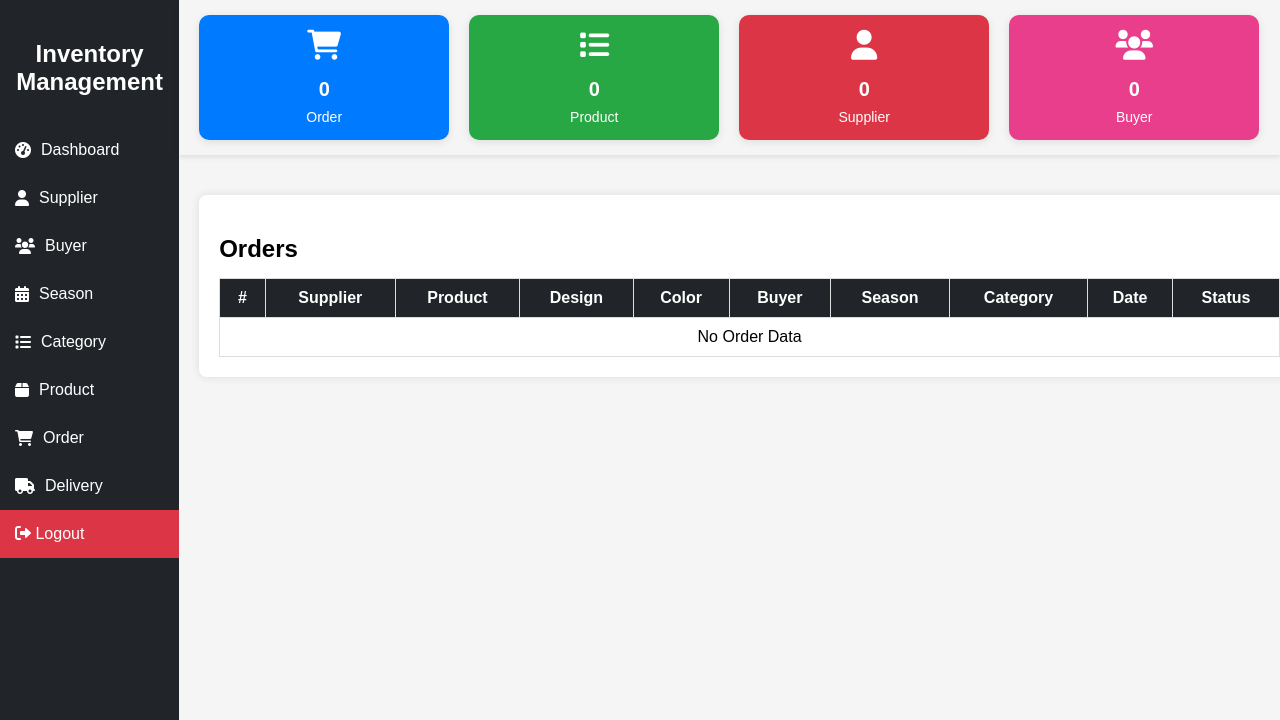
Repository: Fail2/Inventory_Management
Page: http://localhost/accounts/admin-dashboard/
These files come from the project's save history. The page is drawn as it stood at one moment and after the next save; the edit follows.
The browser window is 1280 px wide. The pictures show the whole page.
The page is served by the project's application, run on Django 5.2 (inventory_management/manage.py). A made-up administrator, testuser (Test User, test@example.com), is signed in.

Above is the page before, as saved 2025-05-03 13:00:10.

After the next save:
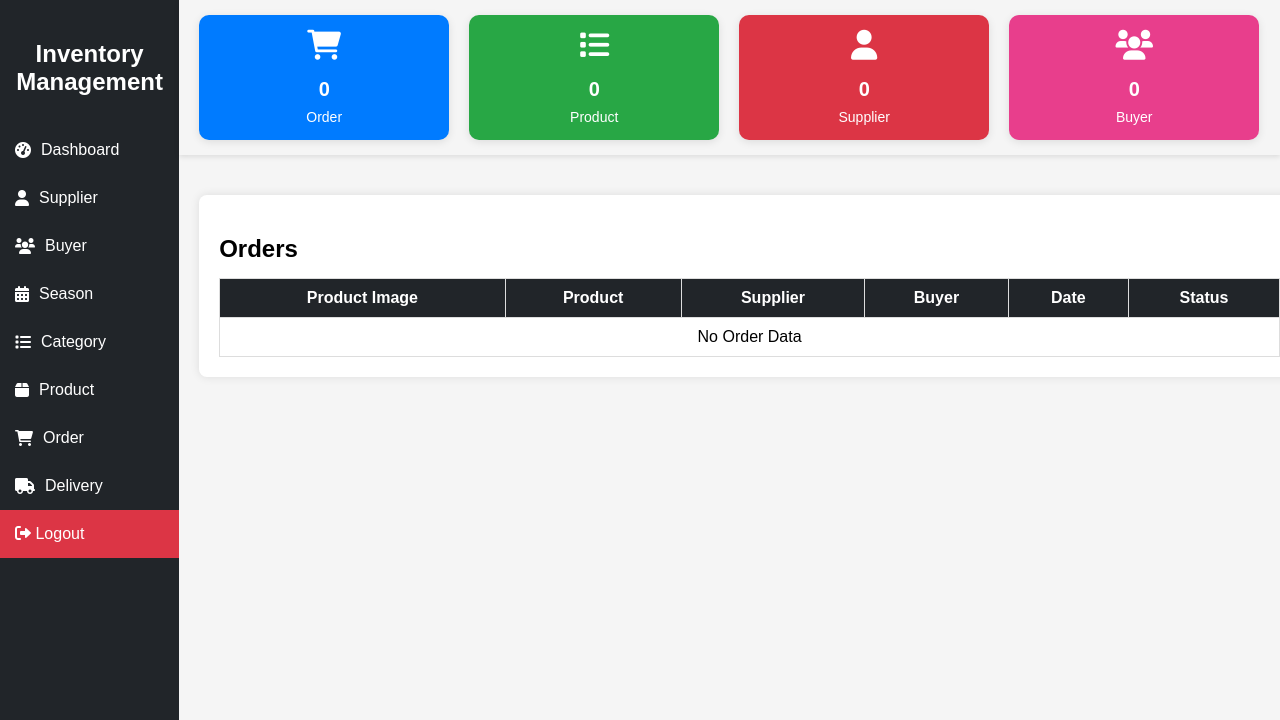
Saved 112 s later.
--- a/inventory_management/accounts/templates/accounts/admin_dashboard.html
+++ b/inventory_management/accounts/templates/accounts/admin_dashboard.html
@@ -50,14 +50,10 @@
     <table>
         <thead>
             <tr>
-                <th>#</th>
+                <th>Product Image</th><th>Product</th>
                 <th>Supplier</th>
-                <th>Product</th>
-                <th>Design</th>
-                <th>Color</th>
+
                 <th>Buyer</th>
-                <th>Season</th>
-                <th>Category</th>
                 <th>Date</th>
                 <th>Status</th>
             </tr>
